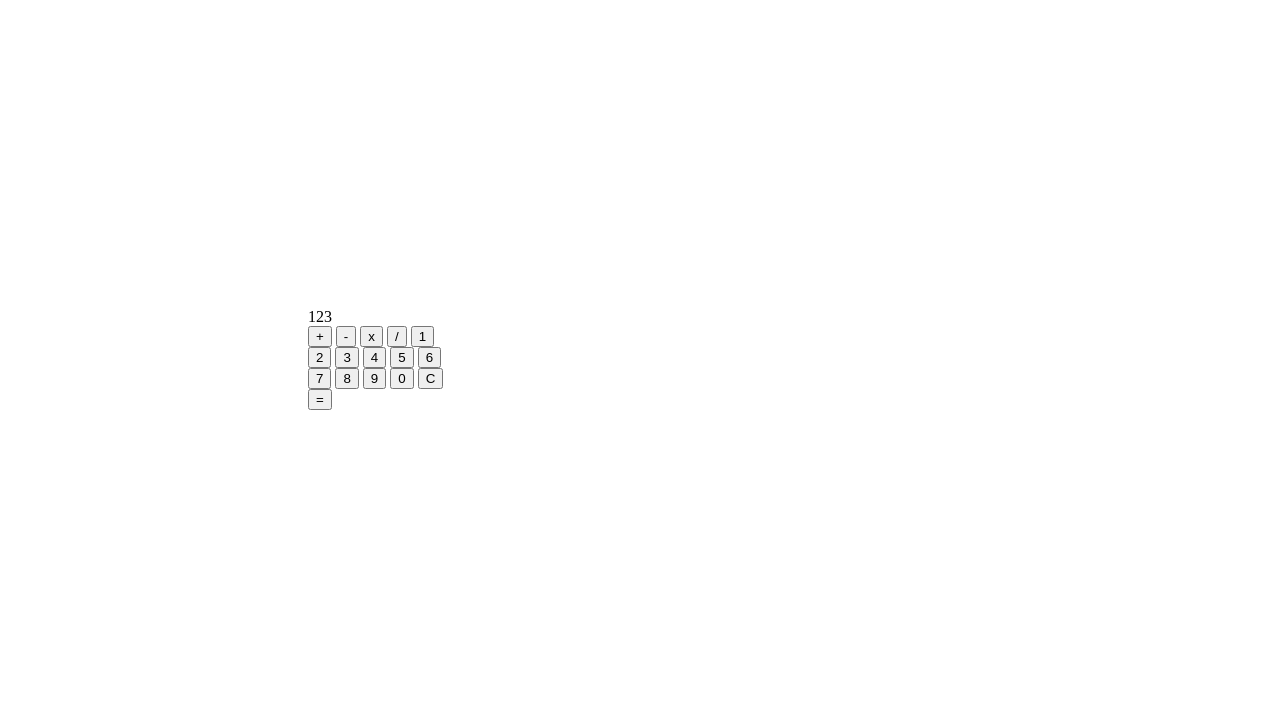
Repository: TEazy2433/LAB-calculator
Page: index.html
These files come from the project's save history. The page is drawn as it stood at one moment and after the next save; the edit follows.
The browser window is 1280 px wide. The pictures show the whole page.

Above is the page before, as saved 2023-10-14 09:53:48.

### index.html
<!DOCTYPE html>
<html lang="en">
<head>
  <meta charset="UTF-8">
  <meta name="viewport" content="width=device-width, initial-scale=1.0">
  <title>calculator</title>
  <link rel="stylesheet" href="main.css">


</head>
<body>
  <div class="calculator">
    <div class="display">123</div>
    <div class="calculator_keys">
      <button class="calculator_key key--operator">+</button>
      <button class="calculator_key key--operator">-</button>
      <button class="calculator_key key--operator">x</button>
      <button class="calculator_key key--operator">/</button>
      <button class="calculator_key">1</button>
      <button class="calculator_key">2</button>
      <button class="calculator_key">3</button>
      <button class="calculator_key">4</button>
      <button class="calculator_key">5</button>
      <button class="calculator_key">6</button>
      <button class="calculator_key">7</button>
      <button class="calculator_key">8</button>
      <button class="calculator_key">9</button>
      <button class="calculator_key">0</button>
      <button class="calculator_key">C</button>
      <button class="calculator_key key--enter">=</button>
    </div>
  </div>

</body>
</html>

### main.css
.calculator{
  display: flex;
  flex-wrap: wrap;
  max-width: 150px;
  padding: 300px;
}
.display{

}

.calculator_keys{

}
.calculator_key{

}
.key--operator{

}
.key--enter{

}

After the next save:
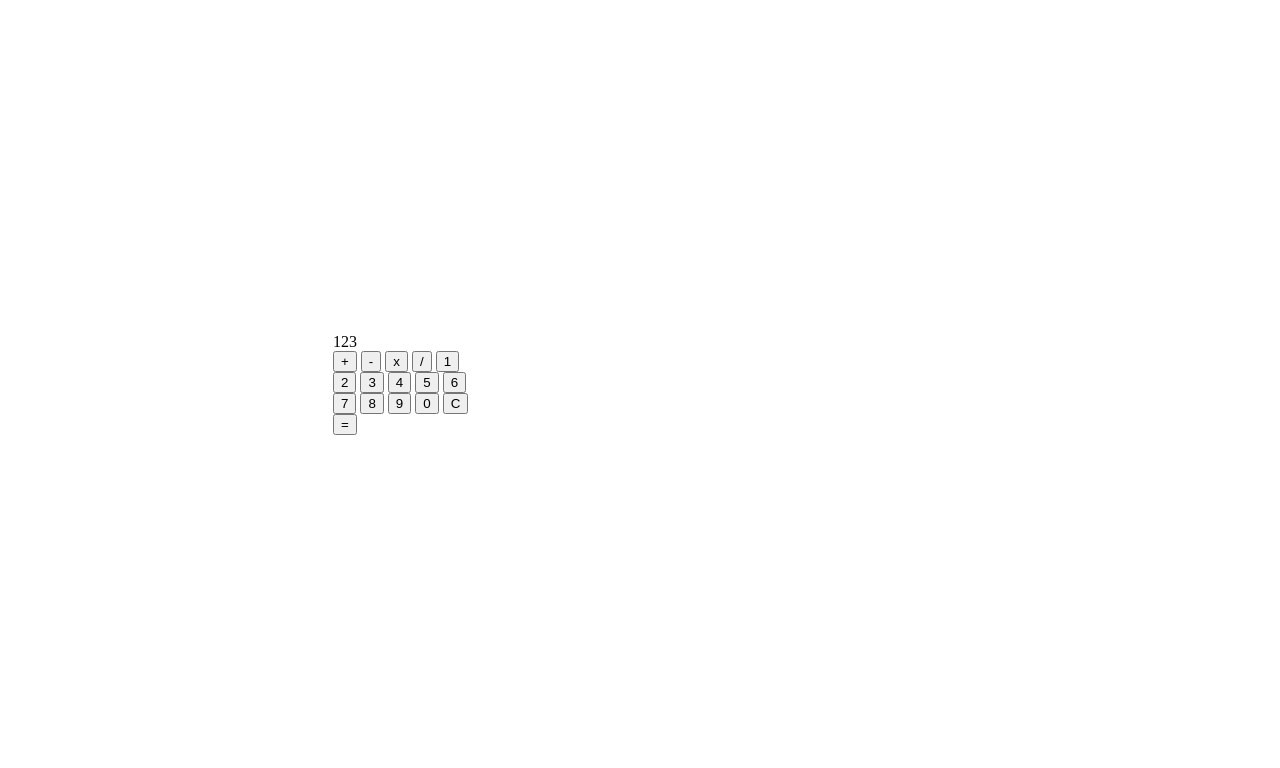
Saved 12 s later.
--- a/main.css
+++ b/main.css
@@ -2,7 +2,7 @@
   display: flex;
   flex-wrap: wrap;
   max-width: 150px;
-  padding: 300px;
+  padding: 325px;
 }
 .display{
 
